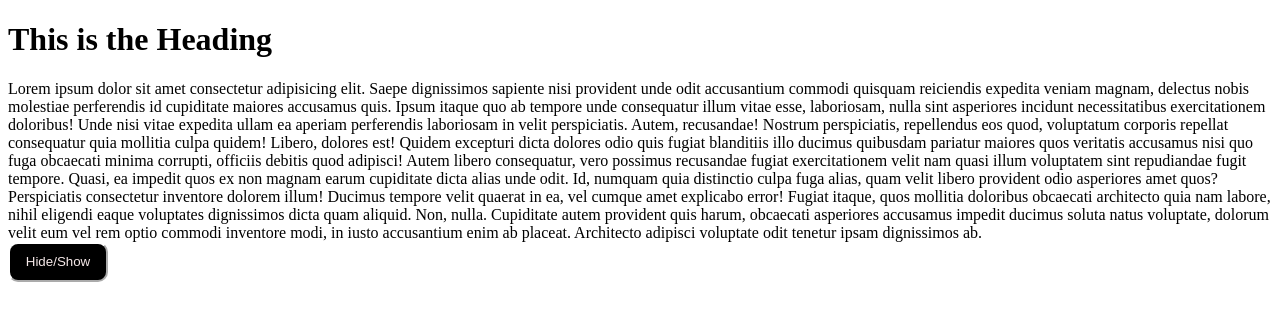
Repository: raisingh22/Simranlearning
Page: html css java/practice/index2.html
An editor plug-in stored every save of this project. The page is shown before and after a run of saves, followed by the edit.
The browser window is 1280 px wide. The pictures show the whole page.

Above is the page before, as saved 2024-01-19 22:15:12.

After the next 2 saves:
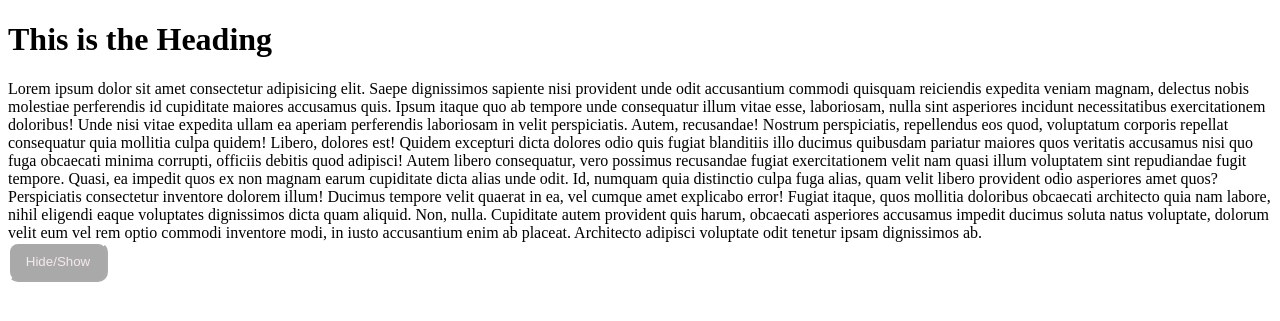
The 2 saves are shown as one change because they came seconds apart.
The last was saved 4 s later.
--- a/html css java/practice/index2.html
+++ b/html css java/practice/index2.html
@@ -10,7 +10,7 @@
             color: #f6e9e9;
             border-radius: 10px;
             border-color: white;
-            background-color: #000000;
+            background-color: #00000056;
             height: 40px;
             width: 100px;
         }
